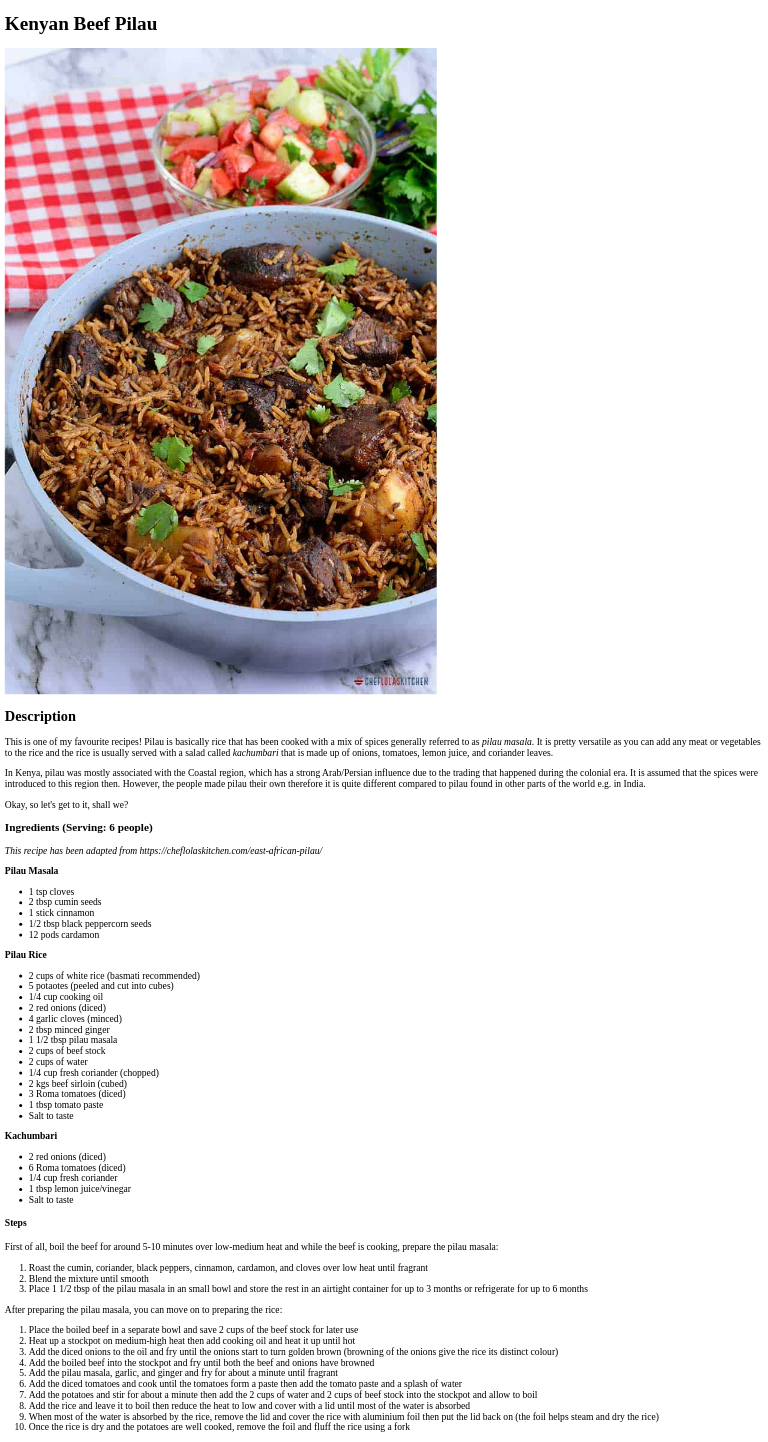
Repository: IanaAmke/odin-recipes
Page: recipes/pilau.html
The author's editor kept a copy of each file at every save. The page is drawn from the files as they stood at one save, then again after the next save.
The browser window is 1280 px wide. The pictures show the whole page, at 60% of full size.

Above is the page before, as saved 2022-06-05 19:10:12.

After the next save:
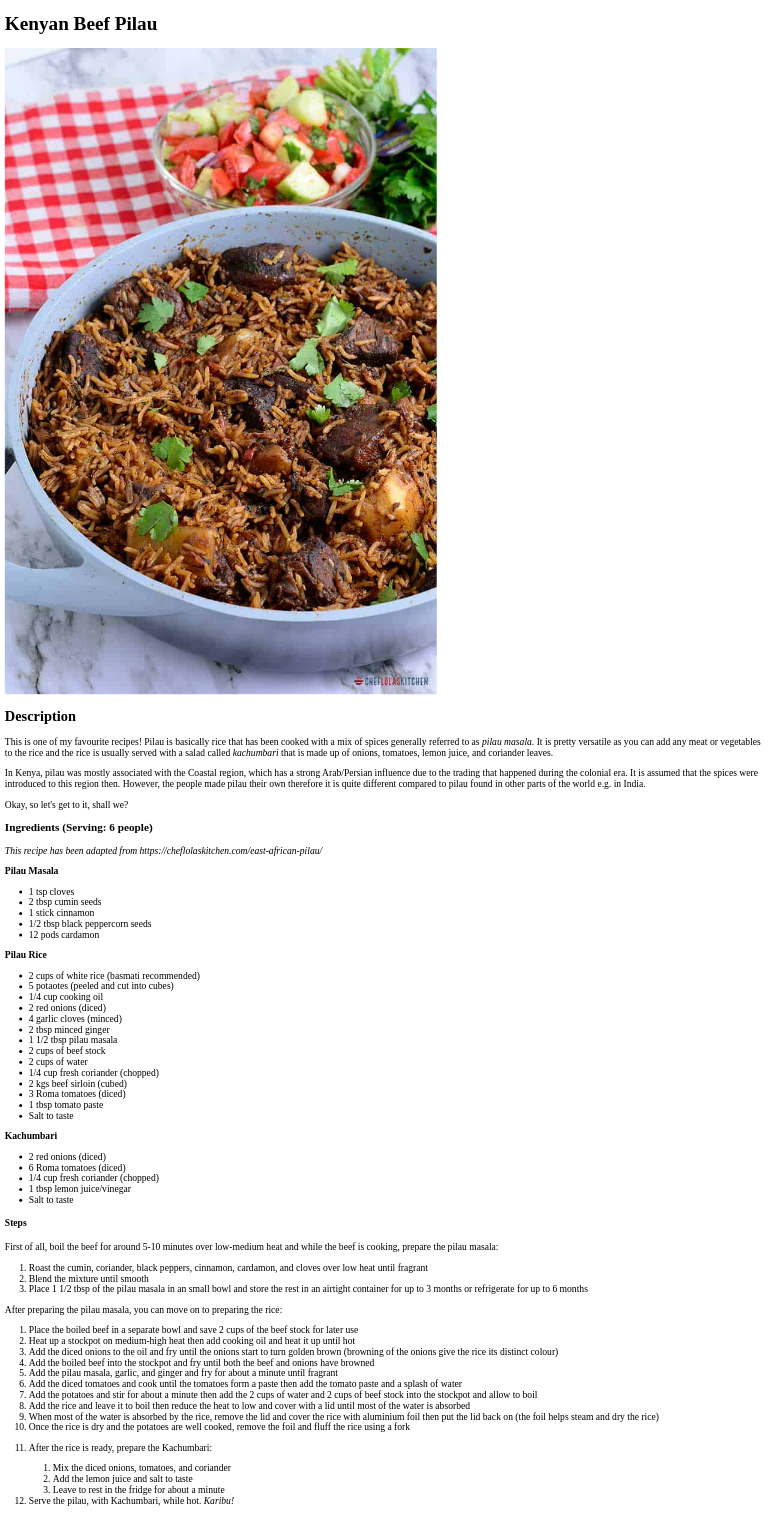
Saved 3 min 57 s later.
--- a/recipes/pilau.html
+++ b/recipes/pilau.html
@@ -55,7 +55,7 @@
     <ul>
         <li>2 red onions (diced)</li>
         <li>6 Roma tomatoes (diced)</li>
-        <li>1/4 cup fresh coriander</li>
+        <li>1/4 cup fresh coriander (chopped)</li>
         <li>1 tbsp lemon juice/vinegar</li>
         <li>Salt to taste</li>
     </ul>
@@ -81,7 +81,16 @@
         <li>Add the rice and leave it to boil then reduce the heat to low and cover with a lid until most of the water is absorbed</li>
         <li>When most of the water is absorbed by the rice, remove the lid and cover the rice with aluminium foil then put the lid back on (the foil helps steam and dry the rice)</li>
         <li>Once the rice is dry and the potatoes are well cooked, remove the foil and fluff the rice using a fork</li>
-    </ol>
+        <li>
+            <p>After the rice is ready, prepare the Kachumbari:</p>
+            <ol>
+                <li>Mix the diced onions, tomatoes, and coriander</li>
+                <li>Add the lemon juice and salt to taste</li>
+                <li>Leave to rest in the fridge for about a minute</li>
+            </ol>
+        </li>
+        <li>Serve the pilau, with Kachumbari, while hot. <em>Karibu!</em></li>
+
 
 </body>
 
